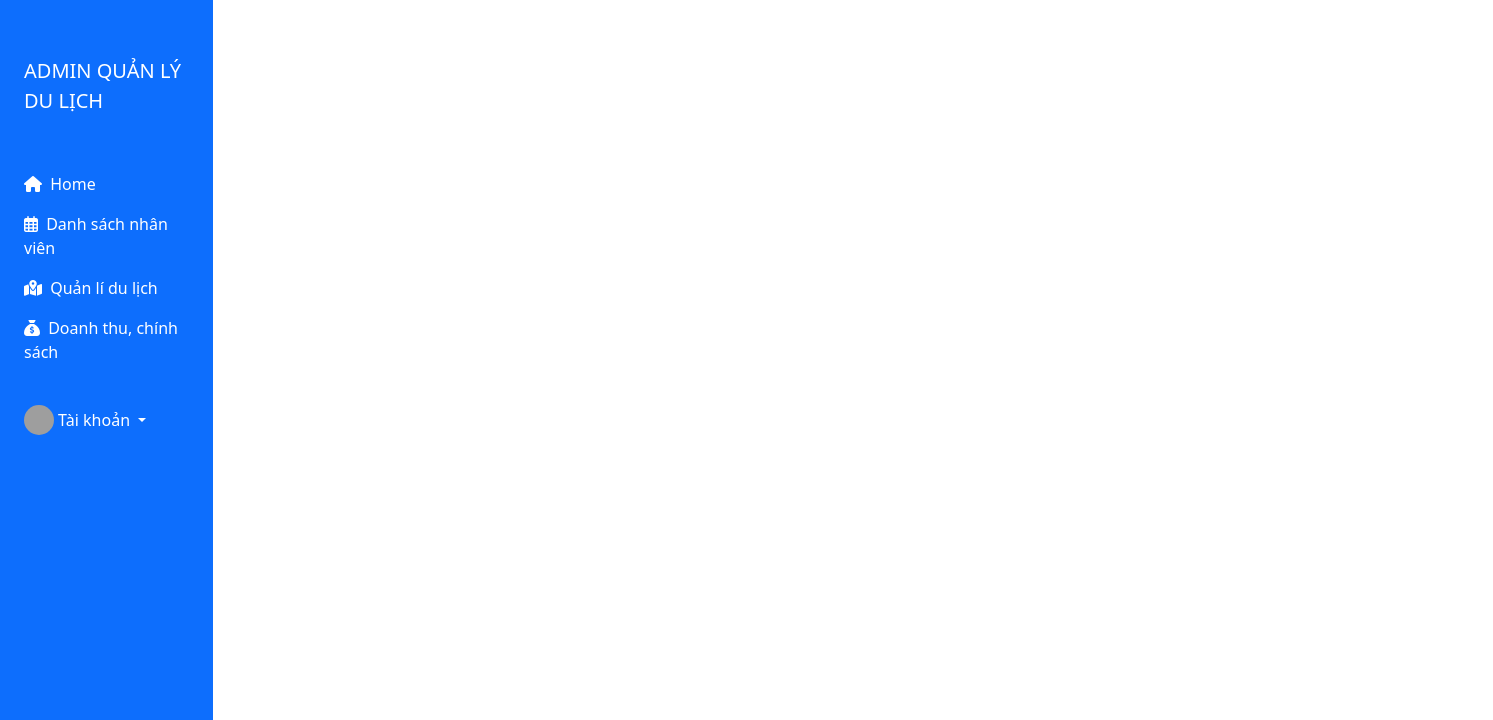
Repository: vantohuu/BOOKINGTOUR
Page: http://localhost/BOOKINGTOUR/WEB-INF/views/admin/admin.jsp
An editor plug-in stored every save of this project. The page is shown before and after the next save, followed by the edit.
The browser window is 1280 px wide. The page is 1493 px wide, so the pictures cover 1493 px, including what lies to the right of the window. The pictures show the whole page.
Pictures or frames that could not be fetched are drawn as grey boxes. Some web libraries are served in a nearby version. The page is served by Tomcat 9. Nobody is signed in. Other server files are loaded and not shown. The template is opened directly, without the code that normally fills it, so the values that code supplies are empty.

Above is the page before, as saved 2023-05-04 13:32:36.

### BOOKINGTOUR/src/main/webapp/WEB-INF/views/admin/admin.jsp
<%@ page language="java" contentType="text/html; charset=UTF-8"
    pageEncoding="UTF-8"%>
        <%@ taglib uri="http://java.sun.com/jstl/core_rt" prefix="c"%>
<%@ taglib uri="http://java.sun.com/jstl/fmt_rt" prefix="f"%>
<!DOCTYPE html>
<html>
<head>
<meta charset="UTF-8">
 <link href="https://cdn.jsdelivr.net/npm/bootstrap@5.3.0-alpha1/dist/css/bootstrap.min.css" rel="stylesheet"
     integrity="sha384-GLhlTQ8iRABdZLl6O3oVMWSktQOp6b7In1Zl3/Jr59b6EGGoI1aFkw7cmDA6j6gD" crossorigin="anonymous">
     <script src="https://kit.fontawesome.com/ee36f81461.js" crossorigin="anonymous"></script>
<title>Admin quản lý du lịch</title>
</head>
<body>
    <div class="container-fluid">
    <div class="row flex-nowrap">
        <div class="col-auto col-md-3 col-xl-2 px-sm-2 px-0t bg-primary">
            <div class="d-flex flex-column align-items-center align-items-sm-start px-3 pt-2 text-white min-vh-100 ">
                <a href="#" class="d-flex align-items-center pb-5 pt-5 mb-md-0 me-md-auto text-white text-decoration-none">
                    <span class="fs-5 d-none d-sm-inline">ADMIN QUẢN LÝ DU LỊCH</span>
                </a>
                <ul class="nav nav-pills flex-column mb-sm-auto mb-0 align-items-center align-items-sm-start " id="menu">
                    <li class="nav-item">
                        <a href="home.htm" class="nav-link text-white align-middle px-0">
                           <i class="fa-solid fa-house"></i>
                            <span class="ms-1 d-none d-sm-inline">Home</span>
                        </a>
                    </li>
                  <li><a href="#submenu1" data-bs-toggle="collapse"
							class="nav-link text-white px-0 align-middle">
							<i class="fa-regular fa-calendar-days"></i> <span
								class="ms-1 d-none d-sm-inline">Danh sách nhân viên</span>
						</a></li>
                    <li>
                        <a href="#submenu2" data-bs-toggle="collapse" class="nav-link text-white px-0 align-middle ">
                            <i class="fa-solid fa-map-location-dot"></i>
                            <span class="ms-1 d-none d-sm-inline">Quản lí du lịch</span></a>
                        <ul class="collapse nav flex-column ms-1" id="submenu2" data-bs-parent="#menu">
                            <li class="w-100">
                                <a href="doanhthu.htm" class="nav-link text-white px-0"> <span class="d-none d-sm-inline">Danh sách đặt tour</span></a>
                            </li>
                            <li>
                                <a href="nhanvien.htm" class="nav-link text-white px-0"> <span class="d-none d-sm-inline">Điểm du lịch</span></a>
                            </li>
                               <li>
                                <a href="nhanvien.htm" class="nav-link text-white px-0"> <span class="d-none d-sm-inline">Điểm lưu trú</span></a>
                            </li>
                        </ul>
                    </li>
                     <li>
                        <a href="#submenu3" data-bs-toggle="collapse" class="nav-link text-white px-0 align-middle ">
                           <i class="fa-solid fa-sack-dollar"></i>
                            <span class="ms-1 d-none d-sm-inline">Doanh thu, chính sách</span></a>
                        <ul class="collapse nav flex-column ms-1" id="submenu3" data-bs-parent="#menu">
                            <li class="w-100">
                                <a href="doanhthu.htm" class="nav-link text-white px-0"> <span class="d-none d-sm-inline">Doanh thu</span></a>
                            </li>
                            <li>
                                <a href="nhanvien.htm" class="nav-link text-white px-0"> <span class="d-none d-sm-inline">Khách hàng</span></a>
                            </li>
                            <li>
                                <a href="nhanvien.htm" class="nav-link text-white px-0"> <span class="d-none d-sm-inline">Giá vé</span></a>
                            </li>
                            <li>
                                <a href="nhanvien.htm" class="nav-link text-white px-0"> <span class="d-none d-sm-inline">Khuyến mãi</span></a>
                            </li>
                        </ul>
                    </li>

                <hr>

                <div class="dropdown pb-4">
                    <a href="#" class="d-flex align-items-center text-white text-decoration-none dropdown-toggle" id="dropdownUser1" data-bs-toggle="dropdown" aria-expanded="false">
                        <img src="https://github.com/mdo.png" alt="hugenerd" width="30" height="30" class="rounded-circle">
                        <span class="d-none d-sm-inline mx-1">Tài khoản</span>
                    </a>
                    <ul class="dropdown-menu dropdown-menu-dark text-small shadow">

                        <li><a class="dropdown-item" href="nhanvien-thongtin.htm">Chỉnh sửa thông tin cá nhân</a></li>
                        <li><a class="dropdown-item" href="doimatkhau.htm">Đổi mật khẩu</a></li>
                        <li>
                            <hr class="dropdown-divider">
                        </li>
                        <li><a class="dropdown-item" href="logout.htm">Đăng xuất</a></li>
                    </ul>
                </div>
            </div>
        </div>
        <div class=""col py-3 d-flex justify-content-center align-items-center"">

        </div>
    </div>
</div>
    <script src="https://cdn.jsdelivr.net/npm/bootstrap@5.3.0-alpha1/dist/js/bootstrap.bundle.min.js" integrity="sha384-w76AqPfDkMBDXo30jS1Sgez6pr3x5MlQ1ZAGC+nuZB+EYdgRZgiwxhTBTkF7CXvN" crossorigin="anonymous"></script>
</body>
</html>

After the next save:
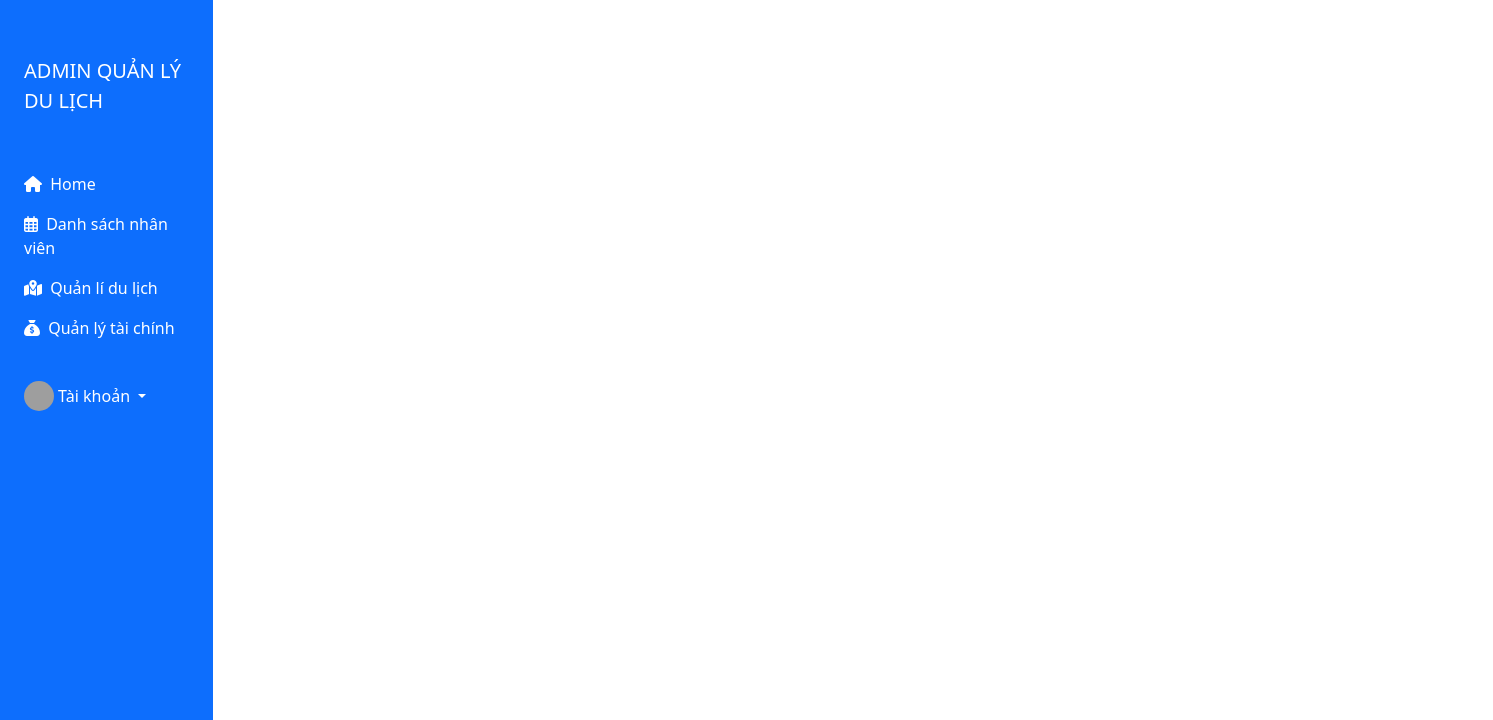
Saved 43 s later.
--- a/BOOKINGTOUR/src/main/webapp/WEB-INF/views/admin/admin.jsp
+++ b/BOOKINGTOUR/src/main/webapp/WEB-INF/views/admin/admin.jsp
@@ -50,7 +50,7 @@
                      <li>
                         <a href="#submenu3" data-bs-toggle="collapse" class="nav-link text-white px-0 align-middle ">
                            <i class="fa-solid fa-sack-dollar"></i>
-                            <span class="ms-1 d-none d-sm-inline">Doanh thu, chính sách</span></a>
+                            <span class="ms-1 d-none d-sm-inline">Quản lý tài chính</span></a>
                         <ul class="collapse nav flex-column ms-1" id="submenu3" data-bs-parent="#menu">
                             <li class="w-100">
                                 <a href="doanhthu.htm" class="nav-link text-white px-0"> <span class="d-none d-sm-inline">Doanh thu</span></a>
